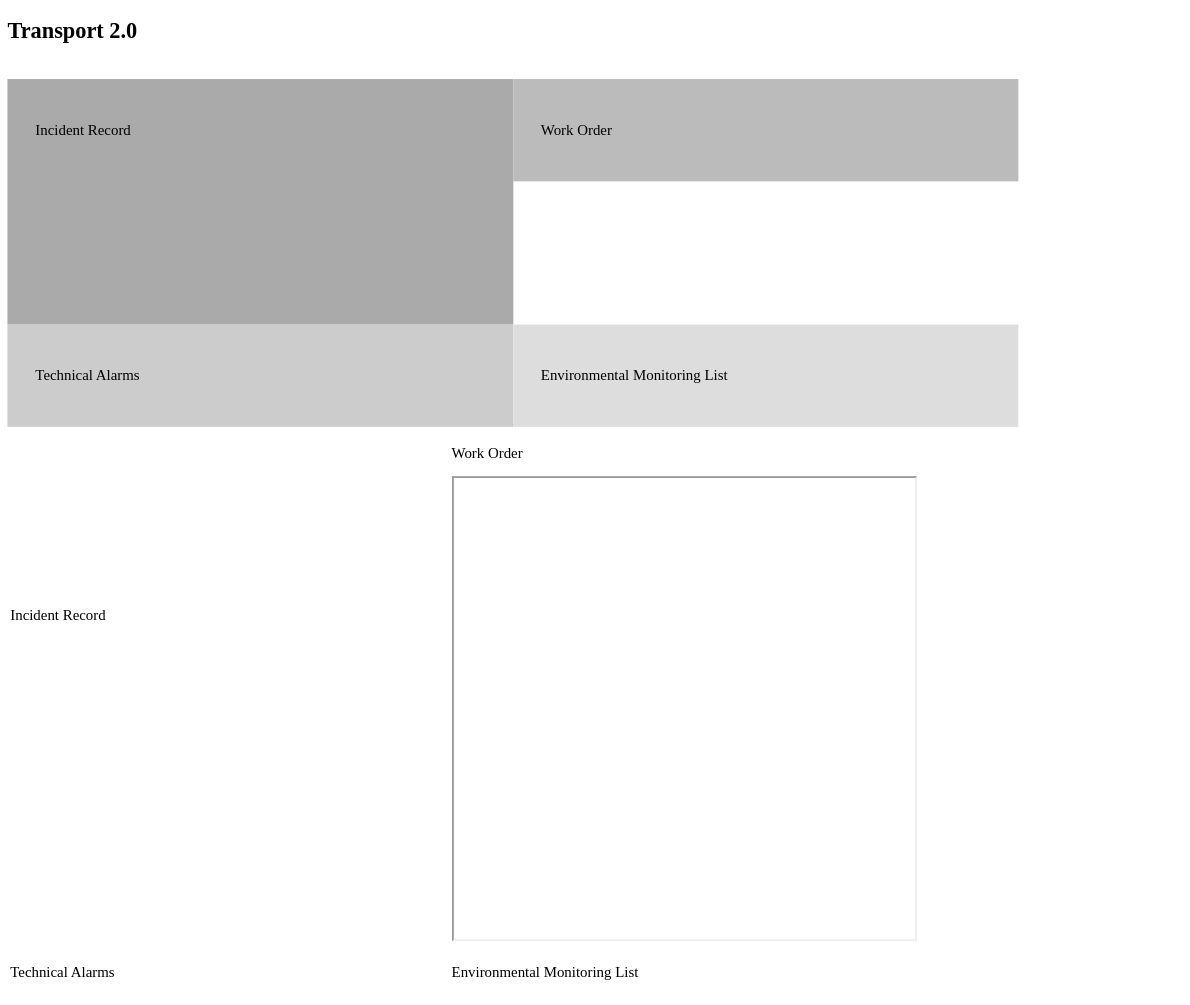
Repository: manjuladevadoss/DemoProject
Page: Eclipseworkspace/DemoPro/html/CCDisplay.html
An editor plug-in stored every save of this project. The page is shown before and after the next save, followed by the edit.
The browser window is 1280 px wide. The pictures show the whole page, at 93% of full size.

Above is the page before, as saved 2019-02-19 09:25:34.

### Eclipseworkspace/DemoPro/html/CCDisplay.html
<!DOCTYPE html>
<html>
<head>
<link rel="stylesheet" href="https://cdnjs.cloudflare.com/ajax/libs/font-awesome/4.7.0/css/font-awesome.min.css">
<style>
* {
  box-sizing: border-box;
}

/* Create two equal columns that floats next to each other */
.column {
  float: left;
  width: 43%;
  padding: 30px;
}

/* Clear floats after the columns */
.row:after {
  content: "";
  display: table;
  clear: both;
}
/* Style the buttons */
.btn {
  border: none;
  outline: none;
  padding: 25px 30px;
  background-color: #f1f1f1;
  cursor: pointer;
}

.btn:hover {
  background-color: #ddd;
}

.btn.active {
  background-color: #666;
  color: white;
}
</style>
</head>
<body>

<h2>Transport 2.0</h2>

<br>

<div class="row">
  <div class="column" style="background-color:#aaa;">
  <p>Incident Record</p>
  <embed type="text/html" src="C:/Users/mdevadoss/workspace/DemoPro/html/incidentDisplayTbl.html">
  </div>
  <div class="column" style="background-color:#bbb;">
  <p>Work Order</p>
  </div>
</div>

<div class="row">
  <div class="column" style="background-color:#ccc;">
    <p>Technical Alarms</p>
  </div>
  <div class="column" style="background-color:#ddd;">
    <p>Environmental Monitoring List</p>
  </div>

</div>


<table width="100%">
<tr>
	<td>
  <p>Incident Record</p>
  <embed type="text/html" src="C:/Users/mdevadoss/workspace/DemoPro/html/incidentDisplayTbl.html">
 </td>
	<td>
  <p>Work Order</p>
  <iframe src="C:/Users/mdevadoss/workspace/DemoPro/html/incidentDisplayTbl.html"  width="500" height="500"></iframe>
  </td>
</tr>
<tr>
	<td>
    <p>Technical Alarms</p>
</td>
	<td>
    <p>Environmental Monitoring List</p>
 </td>
</tr>
</table>


</body>
</html>

After the next save:
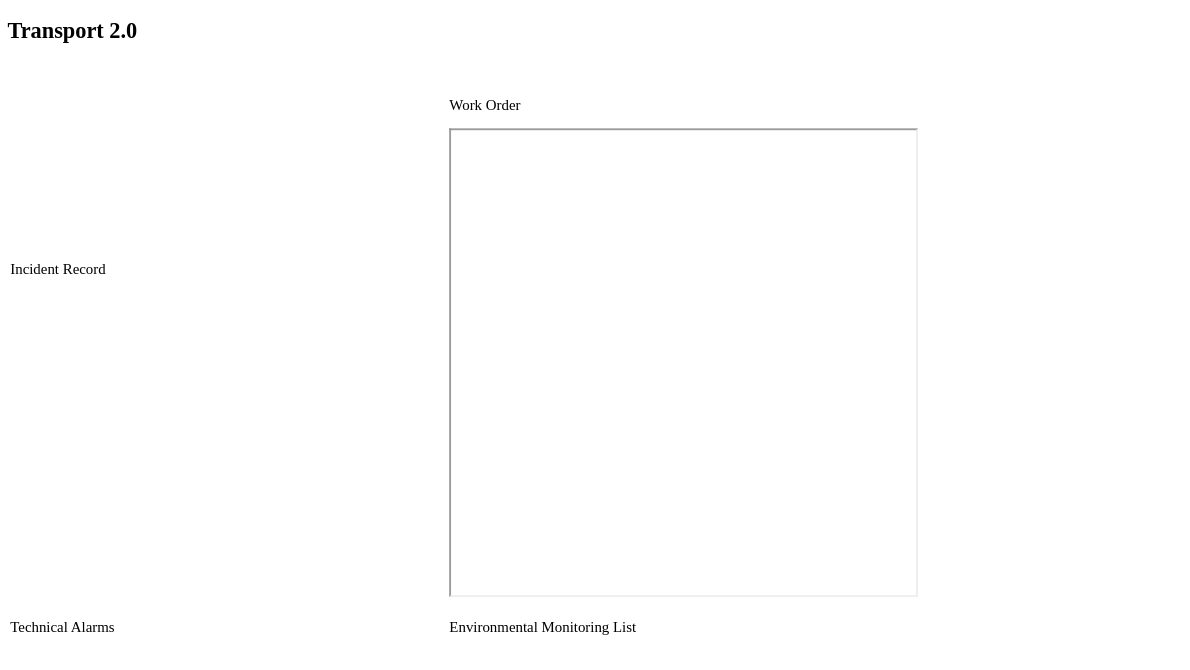
Saved 80 s later.
--- a/Eclipseworkspace/DemoPro/html/CCDisplay.html
+++ b/Eclipseworkspace/DemoPro/html/CCDisplay.html
@@ -2,42 +2,6 @@
 <html>
 <head>
 <link rel="stylesheet" href="https://cdnjs.cloudflare.com/ajax/libs/font-awesome/4.7.0/css/font-awesome.min.css">
-<style>
-* {
-  box-sizing: border-box;
-}
-
-/* Create two equal columns that floats next to each other */
-.column {
-  float: left;
-  width: 43%;
-  padding: 30px;
-}
-
-/* Clear floats after the columns */
-.row:after {
-  content: "";
-  display: table;
-  clear: both;
-}
-/* Style the buttons */
-.btn {
-  border: none;
-  outline: none;
-  padding: 25px 30px;
-  background-color: #f1f1f1;
-  cursor: pointer;
-}
-
-.btn:hover {
-  background-color: #ddd;
-}
-
-.btn.active {
-  background-color: #666;
-  color: white;
-}
-</style>
 </head>
 <body>
 
@@ -45,25 +9,8 @@
 
 <br>
 
-<div class="row">
-  <div class="column" style="background-color:#aaa;">
-  <p>Incident Record</p>
-  <embed type="text/html" src="C:/Users/mdevadoss/workspace/DemoPro/html/incidentDisplayTbl.html">
-  </div>
-  <div class="column" style="background-color:#bbb;">
-  <p>Work Order</p>
-  </div>
-</div>
 
-<div class="row">
-  <div class="column" style="background-color:#ccc;">
-    <p>Technical Alarms</p>
-  </div>
-  <div class="column" style="background-color:#ddd;">
-    <p>Environmental Monitoring List</p>
-  </div>
 
-</div>
 
 
 <table width="100%">
